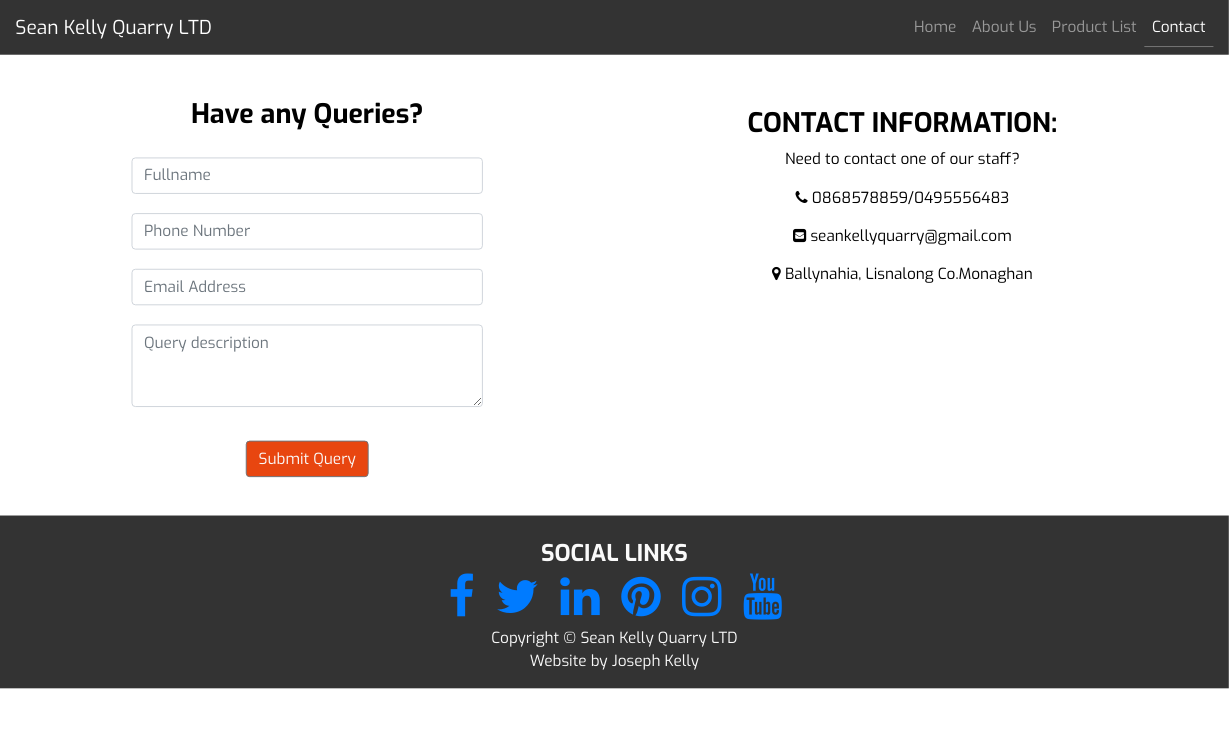
Repository: Code-Institute-Submissions/Sean-Kelly-Quarry
Page: contact.html
The author's editor kept a record of every edit. The page is drawn from the files as they stood at one moment, then again after the next edit.
The browser window is 1280 px wide. The pictures show the whole page, at 96% of full size.

Above is the page before.

### contact.html
<!DOCTYPE html>
<html lang="en">
<head>
    <meta charset="UTF-8">
    <meta name="viewport" content="width=device-width, initial-scale=1.0">
    <meta http-equiv="X-UA-Compatible" content="ie=edge">
    <link rel="stylesheet" href="https://stackpath.bootstrapcdn.com/bootstrap/4.4.1/css/bootstrap.min.css" type="text/css" />
    <link rel="stylesheet" href="https://stackpath.bootstrapcdn.com/font-awesome/4.7.0/css/font-awesome.min.css" type="text/css" />
    <link rel="stylesheet" href="assets/css/style.css" type="text/css" />
    <title>Sean Kelly Quarry</title>
</head>
<body>
    <header>                    <!-- inspired by love running mini project-->
        <nav class="navbar navbar-expand-md navbar-dark navbar-custom">
            <a class="navbar-brand" href="#">Sean Kelly Quarry LTD</a>
                <button class="navbar-toggler" type="button" data-toggle="collapse" data-target="#navbarNav" aria-controls="navbarNav" aria-expanded="false" aria-label="Toggle navigation">
                <span class="navbar-toggler-icon"></span>
                </button>
            <div class="collapse navbar-collapse" id="navbarNav">
                <ul class="navbar-nav ml-auto">
                    <li class="nav-item">
                    <a class="nav-link" href="index.html">Home</a>
                    </li>
                    <li class="nav-item">
                    <a class="nav-link" href="about.html">About Us</a>
                    </li>
                    <li class="nav-item">
                    <a class="nav-link" href="product-list.html">Product List</a>
                    </li>
                    <li class="nav-item active">
                    <a class="nav-link" href="contact.html">Contact</a>
                    </li>
                </ul>
            </div>
        </nav>
    </header>
         <section class="container-fluid">
             <div class="row contact-section">
                 <div class="col-md form-section">
                     <h3>Have any Queries?</h3>
                     <form class="form">
                           <input type="text" name="name" id="name" class="form-control input-query" placeholder="Fullname" required/>
                           <input type="number" name="number" id="phonenumber" class="form-control input-query" placeholder="Phone Number" required/>
                           <input type="email" name="email" id="email" class="form-control input-query" placeholder="Email Address" required/>
                           <textarea type="textarea" rows="3" name="query" id="query" class="form-control input-query" placeholder="Query description"></textarea>
                           <div class="form-row text-center">
                               <div class="col">
                                   <button type="submit" class="btn btn-secondary">Submit Query</button>
                               </div>
                           </div>
                      </form>
                 </div>
                 <div class="col-md">
                    <h3 class="uppercase contact-info">Contact information:</h3>
                    <p class="contact-details">
                        Need to contact one of our staff?
                    </p>
                    <p class="contact-details"><i class="fa fa-phone"></i>  0868578859/0495556483</p>
                    <p class="contact-details"><i class="fa fa-envelope-square"></i>  seankellyquarry@gmail.com</p>
                    <p class="contact-details"><i class="fa fa-map-marker"></i>   Ballynahia, Lisnalong Co.Monaghan</p>
                 </div>
             </div>
         </section>
    <footer class="container-fluid">                         <!-- inspired by UCD resume mini project with code institute-->
        <div id="footer-details" class="row">
            <div class="col-sm">
                <h4 class="uppercase footer-info">Social Links</h4>
                <ul class="list-inline social-links">
                    <li class="list-inline-item">
                        <a target="_blank" href="#">
                            <i class="fa fa-facebook fa-3x" aria-hidden="true"></i>
                            <span class="sr-only">Facebook</span>
                        </a>
                    </li>
                    <li class="list-inline-item">
                        <a target="_blank" href="#">
                            <i class="fa fa-twitter fa-3x" aria-hidden="true"></i>
                            <span class="sr-only">Twitter</span>
                        </a>
                    </li>
                    <li class="list-inline-item">
                        <a target="_blank" href="#">
                            <i class="fa fa-linkedin fa-3x" aria-hidden="true"></i>
                            <span class="sr-only">LinkedIn</span>
                        </a>
                    </li>
                    <li class="list-inline-item">
                        <a target="_blank" href="#">
                            <i class="fa fa-pinterest fa-3x" aria-hidden="true"></i>
                            <span class="sr-only">pinterest</span>
                        </a>
                    </li>
                    <li class="list-inline-item">
                        <a target="_blank" href="#">
                            <i class="fa fa-instagram fa-3x" aria-hidden="true"></i>
                            <span class="sr-only">Instagram</span>
                        </a>
                    </li>
                    <li class="list-inline-item">
                        <a target="_blank" href="#">
                            <i class="fa fa-youtube fa-3x" aria-hidden="true"></i>
                            <span class="sr-only">Youtube</span>
                        </a>
                    </li>
                    <p class="copyright">Copyright &#169; Sean Kelly Quarry LTD</p>
                    <p>Website by Joseph Kelly</p>
                </ul>
            </div>
        </div>
    </footer>
<script src="https://code.jquery.com/jquery-3.3.1.slim.min.js" integrity="sha384-q8i/X+965DzO0rT7abK41JStQIAqVgRVzpbzo5smXKp4YfRvH+8abtTE1Pi6jizo" crossorigin="anonymous"></script>
<script src="https://cdnjs.cloudflare.com/ajax/libs/popper.js/1.14.7/umd/popper.min.js" integrity="sha384-UO2eT0CpHqdSJQ6hJty5KVphtPhzWj9WO1clHTMGa3JDZwrnQq4sF86dIHNDz0W1" crossorigin="anonymous"></script>
<script src="https://stackpath.bootstrapcdn.com/bootstrap/4.3.1/js/bootstrap.min.js" integrity="sha384-JjSmVgyd0p3pXB1rRibZUAYoIIy6OrQ6VrjIEaFf/nJGzIxFDsf4x0xIM+B07jRM" crossorigin="anonymous"></script>
</body>
</html>

### assets/css/style.css
@import url('https://fonts.googleapis.com/css?family=Exo:100,200,300,400,500,600,700|Roboto:100,200,300,400,500,600,700&display=swap');

*{
    margin: 0;
    padding: 0;
    border: 0;
}

/* ---------------------------------------------header*/

body {
    font-family: "Exo";
    color: #777777;
}

.navbar-custom {
    background-color: #333333;
}


#menu a:hover {
    border-bottom: 1px solid #777777;
}

.active {
    border-bottom: 1px solid #777777;
}

/* ---------------------------------------------hero image*/

body {
  padding-bottom: 3rem;
  color: #5a5a5a;
}


.carousel-caption {
  bottom: 3rem;
  z-index: 10;
}


.carousel-item {
  height: 40rem;
}
.carousel-item > img {
  position: absolute;
  top: 0;
  left: 0;
  min-width: 100%;
  height: 40rem;
}


.marketing .col-lg-4 {
  margin-bottom: 1.5rem;
  text-align: center;
}
.marketing h2 {
  font-weight: 400;
}
.marketing .col-lg-4 p {
  margin-right: .75rem;
  margin-left: .75rem;
}


.featurette-divider {
  margin: 5rem 0;
}


.featurette-heading {
  font-weight: 300;
  line-height: 1;
  letter-spacing: -.05rem;
}


@media (min-width: 40em) {
  .carousel-caption h1 {
    margin-bottom: 20rem;
    font-size: 2rem;
    line-height: 1.4;
  }

  .featurette-heading {
    font-size: 50px;
  }
}

@media (min-width: 62em) {
  .featurette-heading {
    margin-top: 7rem;
  }
}

/* ---------------------------------------------about/meet*/

h1, h3, h2, h4, h5 {
    font-family: "Exo", sans-serif;
    font-weight: bold;
    text-align: center;
    color: #000000;
}

.about-heading {
    border-bottom: 1px solid;
    margin-left: 150px;
    margin-right: 150px;
    margin-top: 20px;
    padding-bottom: 10px;
}

.about {
    color: #000000;
    padding-top: 10px;
    text-align: center;
    overflow: hidden;
}

.about-info {
    margin-left: 15px;
    margin-right: 15px;
    padding-bottom: 10px;
}

.our-team {
    margin-top: 10px;
    padding-bottom: 20px;
}

.team {
   margin-top: 5px;
   margin-bottom: 5px;
   color: #000000;
   font-family: "Exo", sans-serif;
}



.meet-icon {
    margin-top: 5px;
    margin-bottom: 5px;
}

.history {
    color: #000000;
    margin-left: 10px;
    margin-right: 10px;
    text-align: left;
}

.who-we-are {
    color: #000000;
    margin-left: 10px;
    margin-right: 10px;
    text-align: left;
}

.what-we-do {
    color: #000000;
    margin-left: 10px;
    margin-right: 10px;
    text-align: left;
}

.heading {
    padding-top: 20px;
    text-align: left;
    margin-left: 10px
}


/* ---------------------------------------------footer*/

footer {
    color: #fafafa;
    padding-top: 25px;
    background-color: #333333;
    display: inline-block;
}

.footer-info {
    font-weight: bold;
    text-align: center;
    color: #fafafa
}

.list-inline-item {
    margin-left: 10px;
    margin-right: 10px;
}

.uppercase {
    text-transform: uppercase;
}

.social-links {
    text-align: center;
    color: #fafafa;
}

p {
    text-align: center;
    color: #fafafa;
}

.copyright {
    padding-top: 7px;
    margin-bottom: 0;
}

/* ---------------------------------------------product list/order form*/

.table {
    width: 70%;
    margin-left: auto;
    margin-right: auto;
    margin-top: 20px;
    margin-bottom: 20px;
    color: #000000;
    border-collapse: collapse;
}

table, th, td {
  border: 1px solid black;
  text-align: center;
}

.product-heading {
    margin-top: 30px;
    color: #000000;
}

.product-note {
    font-size: large;
    color: #000000;
}

.product-disclaimer {
    color: #f88037;
    text-align: center;
    padding-bottom: 20px;
}

.order-form {
    font-family: "Exo", sans-serif;
    color: #000000;
    padding-top: 20px;
    display: block;
    text-align: center;
}

/* ---------------------------------------------contact*/

.contact-info {
    font-family: "Exo", sans-serif;
    color: #000000;
    text-align: center;
    margin-top: 30px;
    margin-right: 40px;
}

.contact-details {
    color: #000000;
    margin-right: 40px;
}


button[type="submit"] {
    margin-top: 15px;
    margin-bottom: 20px;
    color: #fafafa;
    background-color: #e84610;
}


.form {
    display: inline-block;
    margin-left: 20%;
    margin-right: 20%;
    width: 60%;
}

.input-query {
    margin-top: 20px;
    margin-bottom: 20px;
}

.input {
    margin-top: 10px;
    margin-bottom: 10px;
}

.contact-section {
    margin-top: 25px;
    padding-bottom: 20px;
}


.form-section {
    padding-top: 20px;
}

/* ---------------------------------------------media queries*/

@media(min-width: 992px) {
    .center-form {
        padding-top: 30px;
        min-height: 240px;
        margin: 0 auto;
        max-width: 50%;
    }
}

After the next edit:
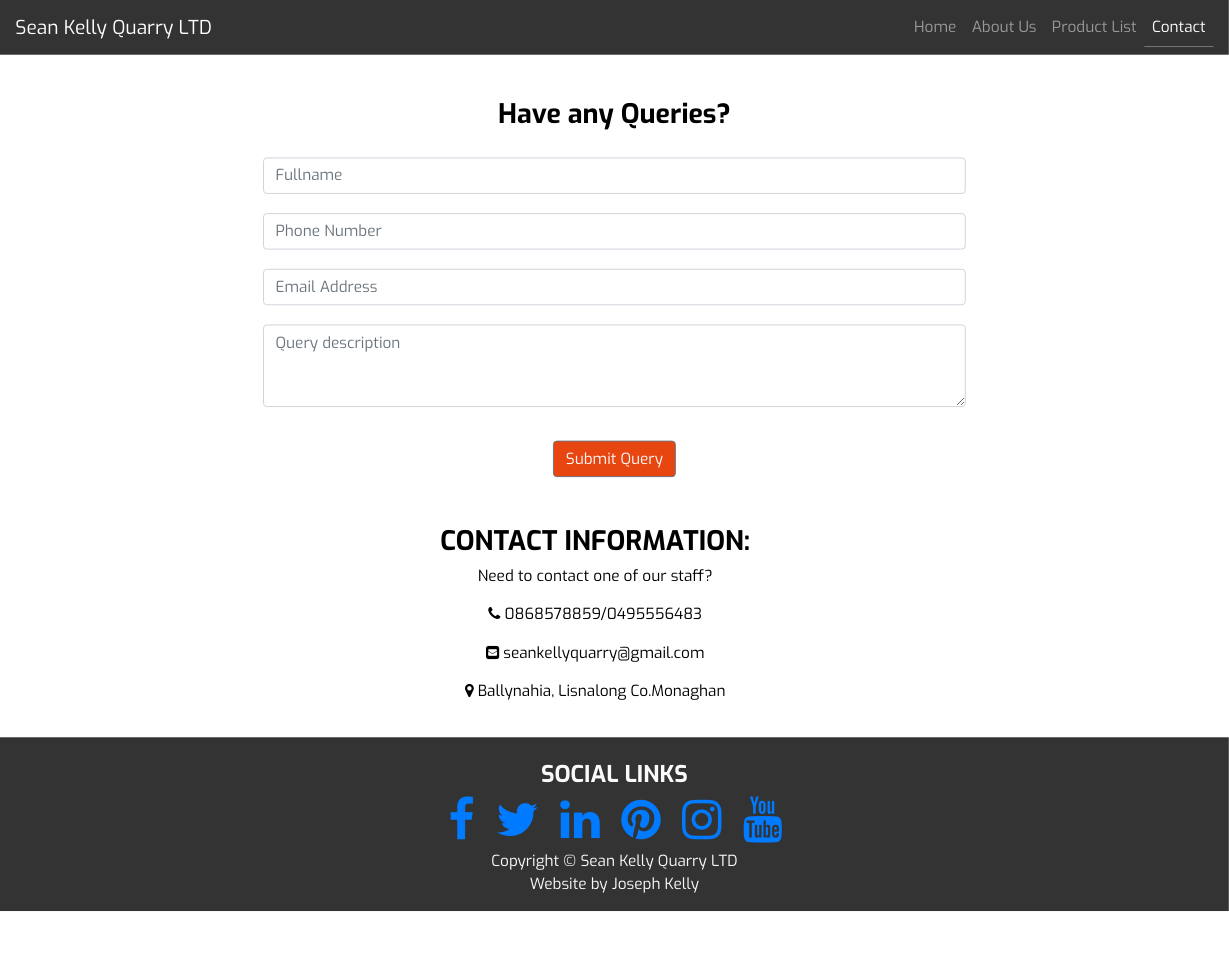
The edit:
--- a/contact.html
+++ b/contact.html
@@ -35,7 +35,7 @@
         </nav>
     </header>
          <section class="container-fluid">
-             <div class="row contact-section">
+             <div class="contact-section">
                  <div class="col-md form-section">
                      <h3>Have any Queries?</h3>
                      <form class="form">
